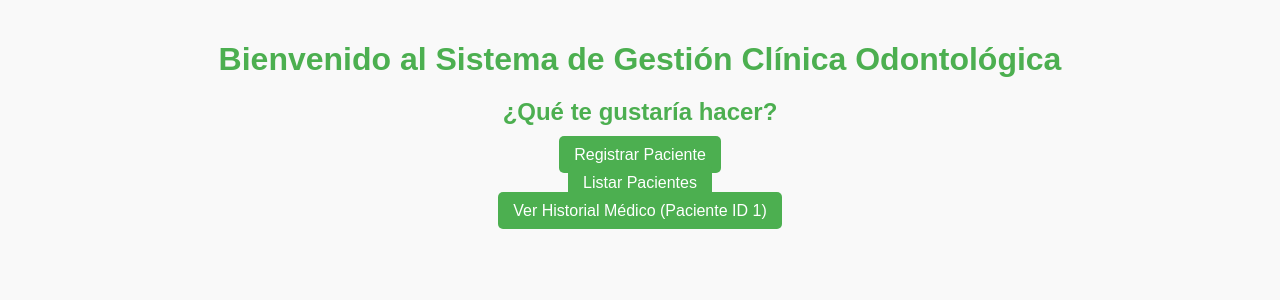
Repository: Aimarvera/LPII_EF_VeraDuran
Page: http://localhost/index
These files come from the project's save history. The page is drawn as it stood at one moment and after the next save; the edit follows.
The browser window is 1280 px wide. The pictures show the whole page.
The page is this project's Thymeleaf template; nobody is signed in. The template is opened directly, without the code that normally fills it, so the values that code supplies are empty.

Above is the page before, as saved 2024-10-24 05:15:08.

### Clinica/src/main/resources/templates/index.html
<!DOCTYPE html>
<html xmlns:th="http://www.thymeleaf.org">
<head>
    <meta charset="UTF-8">
    <title>Página Principal - Sistema de Gestión Clínica Odontológica</title>
    <link rel="stylesheet" type="text/css" th:href="@{/css/styles.css}"/> <!-- Enlace al CSS -->
</head>
<body>
    <h1>Bienvenido al Sistema de Gestión Clínica Odontológica</h1>
    <h2>¿Qué te gustaría hacer?</h2>

    <ul>
        <li><a th:href="@{/pacientes/registrar}">Registrar Paciente</a></li>
        <li><a th:href="@{/pacientes/listar}">Listar Pacientes</a></li>
        <li><a th:href="@{/pacientes/historial/1}">Ver Historial Médico (Paciente ID 1)</a></li>
    </ul>
</body>
</html>

### Clinica/src/main/resources/static/styles.css
/* Estilos Globales */
body {
    font-family: 'Arial', sans-serif;
    background-color: #f9f9f9; /* Color de fondo claro */
    color: #333; /* Texto oscuro */
    margin: 0;
    padding: 20px;
}

/* Encabezados */
h1, h2 {
    color: #4CAF50; /* Verde para encabezados */
    text-align: center;
    margin-bottom: 20px;
}

/* Estilo de la lista */
ul {
    list-style-type: none; /* Sin viñetas */
    padding: 0; /* Sin padding */
    text-align: center; /* Centra el texto de la lista */
}

/* Estilo de los elementos de la lista */
li {
    margin: 10px 0; /* Espacio entre elementos */
}

/* Enlaces */
a {
    text-decoration: none; /* Sin subrayado en los enlaces */
    background-color: #4CAF50; /* Verde */
    color: white; /* Texto blanco */
    padding: 10px 15px; /* Espaciado interno */
    border-radius: 5px; /* Bordes redondeados */
    transition: background-color 0.3s, transform 0.2s; /* Transición suave */
}

a:hover {
    background-color: #45a049; /* Verde más oscuro al pasar el mouse */
    transform: translateY(-2px); /* Eleva ligeramente el botón al pasar el mouse */
}

/* Estilos para formularios */
form {
    max-width: 600px; /* Ancho máximo del formulario */
    margin: 0 auto; /* Centrar el formulario */
    padding: 20px; /* Espaciado interno */
    background-color: white; /* Fondo blanco */
    border-radius: 8px; /* Bordes redondeados */
    box-shadow: 0 2px 10px rgba(0, 0, 0, 0.1); /* Sombra sutil */
}

form div {
    margin-bottom: 15px; /* Espacio entre campos */
}

label {
    display: block; /* Hace que las etiquetas ocupen toda la línea */
    margin-bottom: 5px; /* Espacio debajo de las etiquetas */
    font-weight: bold; /* Texto en negrita */
}

input[type="text"],
input[type="email"],
textarea {
    width: 100%; /* Ancho completo */
    padding: 10px; /* Espaciado interno */
    border: 1px solid #ccc; /* Borde gris claro */
    border-radius: 4px; /* Bordes redondeados */
    box-sizing: border-box; /* Incluye el padding y el borde en el ancho total */
}

input[type="text"]:focus,
input[type="email"]:focus,
textarea:focus {
    border-color: #4CAF50; /* Cambio de color del borde al enfocar */
    outline: none; /* Sin borde azul por defecto */
}

/* Botón de envío */
button {
    background-color: #4CAF50; /* Verde */
    color: white; /* Texto blanco */
    padding: 10px 15px; /* Espaciado interno */
    border: none; /* Sin borde */
    border-radius: 5px; /* Bordes redondeados */
    cursor: pointer; /* Cambia el cursor al pasar el mouse */
    transition: background-color 0.3s; /* Transición suave */
}

button:hover {
    background-color: #45a049; /* Verde más oscuro al pasar el mouse */
}

After the next save:
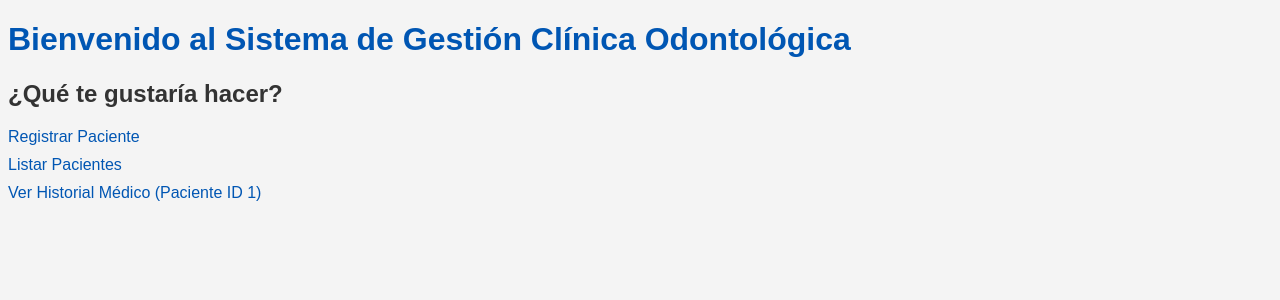
Saved 65 s later.
--- a/Clinica/src/main/resources/static/styles.css
+++ b/Clinica/src/main/resources/static/styles.css
@@ -1,94 +1,27 @@
-/* Estilos Globales */
 body {
-    font-family: 'Arial', sans-serif;
-    background-color: #f9f9f9; /* Color de fondo claro */
-    color: #333; /* Texto oscuro */
-    margin: 0;
-    padding: 20px;
+    font-family: Arial, sans-serif;
+    background-color: #f4f4f4;
+    color: #333;
 }
 
-/* Encabezados */
-h1, h2 {
-    color: #4CAF50; /* Verde para encabezados */
-    text-align: center;
-    margin-bottom: 20px;
+h1 {
+    color: #0056b3;
 }
 
-/* Estilo de la lista */
 ul {
-    list-style-type: none; /* Sin viñetas */
-    padding: 0; /* Sin padding */
-    text-align: center; /* Centra el texto de la lista */
+    list-style-type: none;
+    padding: 0;
 }
 
-/* Estilo de los elementos de la lista */
-li {
-    margin: 10px 0; /* Espacio entre elementos */
+ul li {
+    margin: 10px 0;
 }
 
-/* Enlaces */
 a {
-    text-decoration: none; /* Sin subrayado en los enlaces */
-    background-color: #4CAF50; /* Verde */
-    color: white; /* Texto blanco */
-    padding: 10px 15px; /* Espaciado interno */
-    border-radius: 5px; /* Bordes redondeados */
-    transition: background-color 0.3s, transform 0.2s; /* Transición suave */
+    text-decoration: none;
+    color: #0056b3;
 }
 
 a:hover {
-    background-color: #45a049; /* Verde más oscuro al pasar el mouse */
-    transform: translateY(-2px); /* Eleva ligeramente el botón al pasar el mouse */
+    color: #004494;
 }
-
-/* Estilos para formularios */
-form {
-    max-width: 600px; /* Ancho máximo del formulario */
-    margin: 0 auto; /* Centrar el formulario */
-    padding: 20px; /* Espaciado interno */
-    background-color: white; /* Fondo blanco */
-    border-radius: 8px; /* Bordes redondeados */
-    box-shadow: 0 2px 10px rgba(0, 0, 0, 0.1); /* Sombra sutil */
-}
-
-form div {
-    margin-bottom: 15px; /* Espacio entre campos */
-}
-
-label {
-    display: block; /* Hace que las etiquetas ocupen toda la línea */
-    margin-bottom: 5px; /* Espacio debajo de las etiquetas */
-    font-weight: bold; /* Texto en negrita */
-}
-
-input[type="text"],
-input[type="email"],
-textarea {
-    width: 100%; /* Ancho completo */
-    padding: 10px; /* Espaciado interno */
-    border: 1px solid #ccc; /* Borde gris claro */
-    border-radius: 4px; /* Bordes redondeados */
-    box-sizing: border-box; /* Incluye el padding y el borde en el ancho total */
-}
-
-input[type="text"]:focus,
-input[type="email"]:focus,
-textarea:focus {
-    border-color: #4CAF50; /* Cambio de color del borde al enfocar */
-    outline: none; /* Sin borde azul por defecto */
-}
-
-/* Botón de envío */
-button {
-    background-color: #4CAF50; /* Verde */
-    color: white; /* Texto blanco */
-    padding: 10px 15px; /* Espaciado interno */
-    border: none; /* Sin borde */
-    border-radius: 5px; /* Bordes redondeados */
-    cursor: pointer; /* Cambia el cursor al pasar el mouse */
-    transition: background-color 0.3s; /* Transición suave */
-}
-
-button:hover {
-    background-color: #45a049; /* Verde más oscuro al pasar el mouse */
-}
